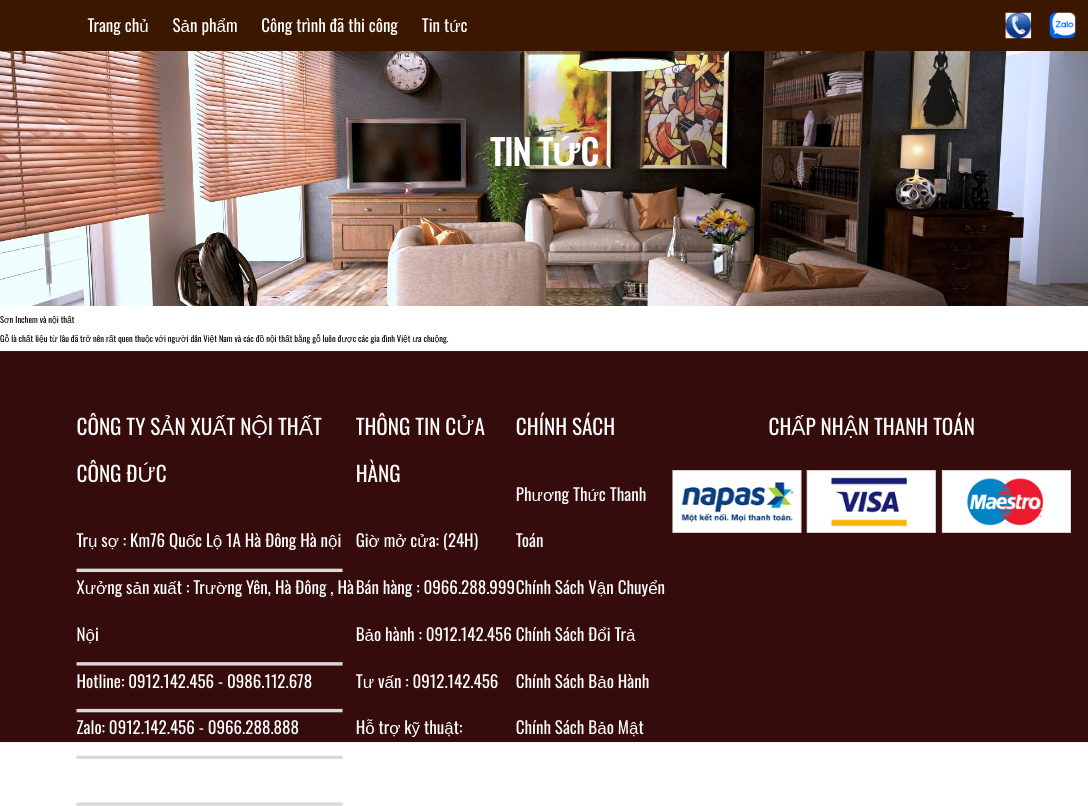
Repository: KHANHD192/FigmaTo-HTML
Page: APP-SHOP/tintuc.html
The author's editor kept a copy of each file at every save. The page is drawn from the files as they stood at one save, then again after the next save.
The browser window is 1280 px wide. The pictures show the whole page, at 85% of full size.

Above is the page before, as saved 2022-11-22 01:28:06.

### APP-SHOP/tintuc.html
<!DOCTYPE html>
<html lang="en">
<head>
    <meta charset="UTF-8">
    <meta http-equiv="X-UA-Compatible" content="IE=edge">
    <meta name="viewport" content="width=device-width, initial-scale=1.0">
    <title>Tin tức</title>
    <link rel="stylesheet" href="https://cdnjs.cloudflare.com/ajax/libs/normalize/8.0.1/normalize.min.css" integrity="sha512-NhSC1YmyruXifcj/KFRWoC561YpHpc5Jtzgvbuzx5VozKpWvQ+4nXhPdFgmx8xqexRcpAglTj9sIBWINXa8x5w==" crossorigin="anonymous" referrerpolicy="no-referrer" />
    <link rel="stylesheet" href="./asset/Css_main/base.css">
    <link rel="stylesheet" href="./asset/Css_main/main.css">
    <link rel="preconnect" href="https://fonts.googleapis.com">
     <link rel="preconnect" href="https://fonts.gstatic.com" crossorigin>
   <style>
     html{
            font-family: 'Oswald', sans-serif;
        }
        .header__background{
       height: 300px;
       position:relative;
         }
         .header__background-heading{
            position:absolute;
            font-size: 40px;
            line-height: 74.1px;
            color: white;
            top:30%;
            left:50%;
            transform: translate(-50%,-50%);
         }
   </style>
    </head>
<body>
    <div class="app">
        <header class="app__header">
            <div class="header__nav-bar">
               <ul class="nav-bar__item">
                   <li>
                       <a href="./index.html" class="nav-bar__item-link">Trang chủ</a>
                   </li>
                   <li>
                       <a href="#" class="nav-bar__item-link">Sản phẩm</a>
                   </li>
                   <li>
                       <a href="./ctdtc.html" class="nav-bar__item-link">Công trình đã thi công</a>
                   </li>
                   <li>
                       <a href="./tintuc.html" class="nav-bar__item-link">Tin tức</a>
                   </li>
               </ul>
               <ul class="nav-bar__icon">
                   <li>
                       <img src="./asset/IMG/image 3.png" alt="" class="logo">
                   </li>
                   <li>
                       <img src="./asset/IMG/image 2.png" alt="" class="logo">
                   </li>
               </ul>
            </div>
            <div class="header__background">
                <h1 class="header__background-heading">TIN TỨC</h1>
                <img src="./asset/IMG/pexels-pixabay-276724.jpg" alt="background">
            </div>
         </header>
         <div class="app__container2">
           <div class="container__wrap">
            <div class="container__content">
                <div class="content__image">

                </div>
                <div class="content__text">
                    <p class="content__text-title">
                        Sơn Inchem và nội thất
                    </p>
                    <p class="content__text-derc">
                        Gỗ là chất liệu từ lâu đã trở nên rất quen thuộc với người dân Việt Nam và các đồ nội thất bằng gỗ luôn được các gia đình Việt ưa chuộng.
                    </p>
                </div>
            </div>
           </div>
         </div>
         <footer class="app__footer">
            <div class="footer__addres">
                <p class="addres__title">CÔNG TY SẢN XUẤT NỘI THẤT CÔNG ĐỨC</p>
                <ul>
                    <li class="address__item" >Trụ sợ : Km76 Quốc Lộ 1A Hà Đông Hà nội</li>
                    <li class="address__item">Xưởng sản xuất : Trường Yên, Hà Đông , Hà Nội</li>
                    <li class="address__item">Hotline: 0912.142.456 - 0986.112.678 </li>
                    <li class="address__item">Zalo: 0912.142.456 - 0966.288.888</li>
                    <li class="address__item">
                        <a href="noithatcongduc.com.vn">Website: noithatcongduc.com.vn</a>
                    </li>
                </ul>
            </div>
            <div class="footer__info">
                <p class="addres__title">THÔNG TIN CỬA HÀNG </p>
                <ul>
                    <li> Giờ mở cửa: (24H)</li>
                    <li>Bán hàng : 0966.288.999</li>
                    <li> Bảo hành : 0912.142.456 </li>
                    <li>Tư vấn : 0912.142.456</li>
                    <li class="info__item">
                        <a href="tel:098.611.2158">Hỗ trợ kỹ thuật: 098.611.2158</a>
                    </li>
                </ul>
            </div>
            <div class="footer__term">
                <p class="addres__title">CHÍNH SÁCH</p>
                <ul>
                    <li>Phương Thức Thanh Toán</li>
                    <li>Chính Sách Vận Chuyển</li>
                    <li>Chính Sách Đổi Trả </li>
                    <li>Chính Sách Bảo Hành</li>
                    <li>
                        Chính Sách Bảo Mật Thông Tin
                    </li>
                </ul>
            </div>
            <div class="footer__payal">
                <p class="addres__title">CHẤP NHẬN THANH TOÁN</p>
                <ul class="payal__item">
                    <li>
                           <img src="./asset/IMG/image 8.png" alt="Phương thức thanh toán">
                    </li>
                </ul>
            </div>
        </footer>
    </div>
</body>
</html>

### APP-SHOP/asset/Css_main/base.css
@import url('https://fonts.googleapis.com/css2?family=Oswald&family=Roboto:wght@100&display=swap');
/* header */
html{
    font-size: 62.5%;
    box-sizing: border-box;
    font-family: 'Oswald', sans-serif;
}
.app{
    max-width: 1800px;
}
.app__header{

}
.header__nav-bar{
      display: flex;
      justify-content: space-between;
      height: 60px;
      background-color: #3C1700;;
}
.nav-bar__item {
    width: 603px;
    height: 30px;
    list-style: none;
    display: flex;
    font-family: 'Oswald', sans-serif;
    font-size: 20px;
    line-height: 29.64px;
    margin-top: 15px;
    margin-bottom: 15px ;
    margin-left: 63px;
}
.nav-bar__item-link{
    text-decoration: none;
    color: #FFFFFF;
    margin-right: 28px;
}
.header__nav-bar:not(:last-child){
    margin-right: 0;
}
.nav-bar__icon{
    list-style: none;
    display: flex;
    margin-top: 15px;
    margin-bottom: 15px ;
    margin-right: 15px;
}
.logo{
    width: 30px;
    height: 30px;
}
.logo:last-child{
    margin-left: 22px;
}
.header__background{
    width:100%;
    height: 420px;
}
.header__background img{
    width: 100%;
    height: 100%;
    object-fit: cover;
}
/* footer */
footer{
    max-width: 1800px;
    height:460px;
    background-color: #350B0C;
    color: #FFFFFF;
}
footer ul{
    list-style: none;
    padding: 0;
    font-size: 20px;
}
.app__footer{
    display:flex;
    justify-content: space-between;
}
.addres__title{
    font-size: 25px;
}
.footer__addres , .footer__info ,.footer__term ,.footer__payal{
    margin-top:35px;
}
.footer__addres{
    max-width: 508px;
    height:375px;
    margin-left:90px;
   line-height: 55px;
}
.address__item{
    position: relative;
}
.address__item::after{
    content: "";
    position: absolute;
    width: 313px;
    height: 4px;
    background-color: #D9D9D9;
    left:0;
    bottom: -10px;
}
.address__item a ,.info__item a {
    text-decoration: none;
    color:#FFFFFF;
}
 .footer__info{
    max-width: 412px;
    height: 356px;
    line-height: 55px;
 }
 .footer__term{
    max-width: 260px;
    height: 356px;
    line-height: 55px;
 }
 .footer__payal{
    line-height: 55px;
    margin-right: 20px;
 }
.footer__payal p {
    text-align: center;
}

### APP-SHOP/asset/Css_main/main.css
.app__container{
 max-width: 1800px;
    height: 3835px;
}
.collect1 h2{
    width: 285px;
    height: 42px;
    font-family: 'Oswald', sans-serif;
    font-weight: 400;
    font-size: 30px;
    line-height: 44.46px;
    color: #000000;
    position: relative;
    margin-top: 61px;
    margin-bottom: 61px;
    margin-left: 72px;
}
.collect1 h2::after{
    content: "";
    position: absolute;
    width: 1365px;
    height: 4px;
    background-color: #D9D9D9;
    left:0;
    bottom: -10px;

}
.collect1 .list__item{
    list-style: none;
    display: flex;
    margin-left:77px;
    margin-right: 88px;
    padding-left: 0;
}
.list__item li {
   max-width: 350px;
    height: 450px;
    border:  1px solid #332F2F;
    margin-right: 74px;
}
.list__item li:last-child{
    margin-right: 0;
}
li .wrap__image{
   max-width: 350px;
    height: 350px;
}
.item__image-link{
    display: block;
    max-width:100%;
    height: 63px;
    font-size: 20px;
    font-weight: 400;
    line-height: 44.46px;
   text-align: center;
   padding-top: 1.5rem;
    color: #000000;
}
li .wrap__image img{
    width: 100%;
    height: 100%;
    object-fit: cover;
}

.project__tiltle p {
    text-align: center;
    margin-top:91px;
    font-size: 50px;
    line-height: 74.1px;
    margin-bottom: 50px;
}
.list__project{
    display:flex;
    list-style: none;
    margin-left:131px;
    margin-right:131px;
    padding-left: 0;
    justify-content: space-between;
}
.list__project-item{
    max-width: 700px;
    height: 560px;
    border:  1px solid #332F2F;
}
.enfold__image{
    max-width: 700px;
    height: 400px;
}
.enfold__image img {
    width: 100%;
    height: 100%;
}
.item__project-link{
    display: block;
    max-width:100%;
    height: 63px;
    font-size: 30px;
    font-weight: 400;
    line-height: 44.46px;
   text-align: center;
   padding-top: 5rem;
    color:#6C271E;
}
.list__project-item:first-child{
    margin-right: 148px;
}
.collect1 p {
    text-align: center;
    margin-top:91px;
    font-size: 50px;
    line-height: 74.1px;
    margin-bottom: 50px;
}
.detail2{
    margin-top: 80px;
}

After the next save:
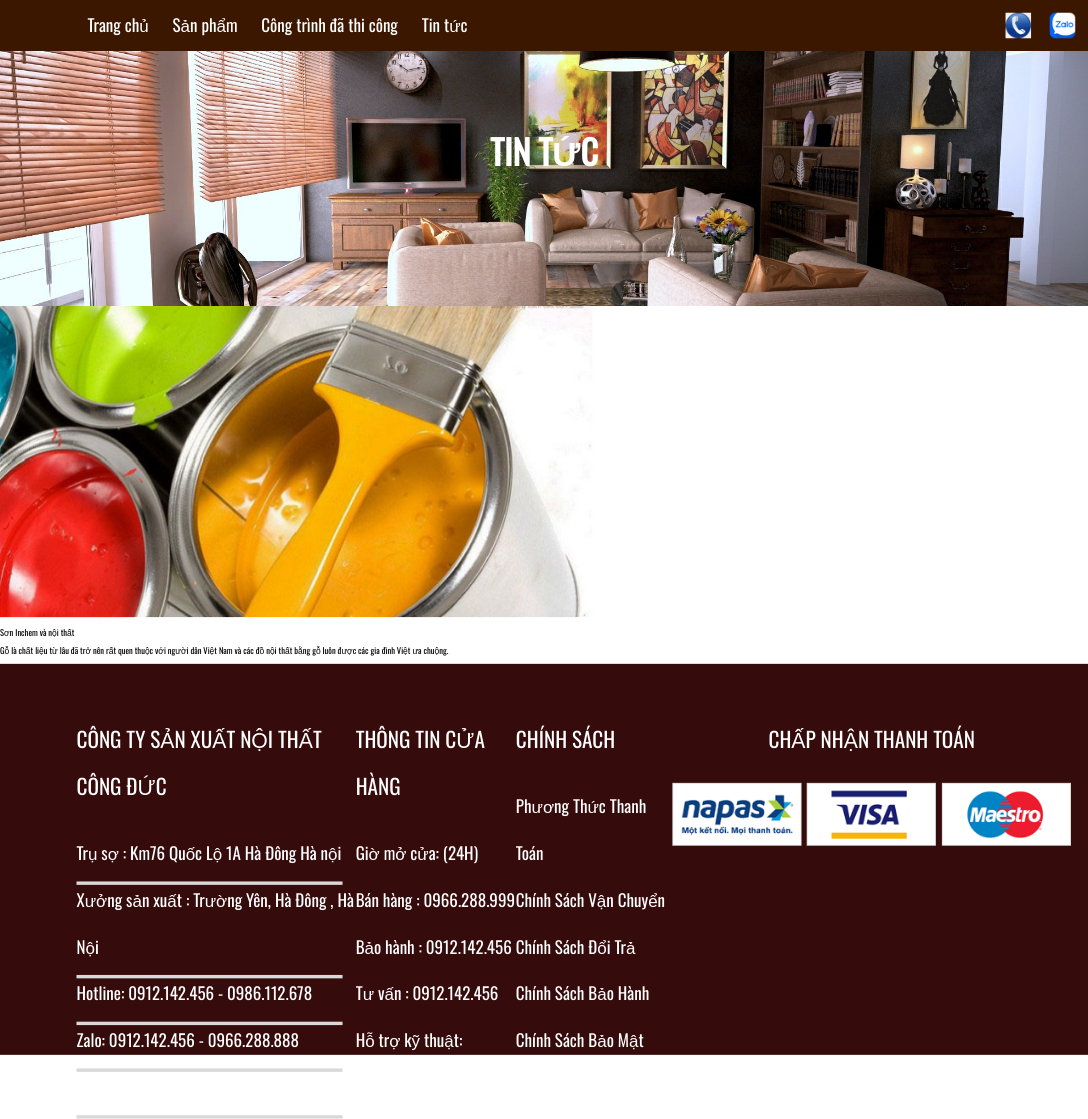
Saved 3 min 27 s later.
--- a/APP-SHOP/tintuc.html
+++ b/APP-SHOP/tintuc.html
@@ -27,6 +27,7 @@
             left:50%;
             transform: translate(-50%,-50%);
          }
+
    </style>
     </head>
 <body>
@@ -65,7 +66,9 @@
            <div class="container__wrap">
             <div class="container__content">
                 <div class="content__image">
-
+                    <a href="./item1.html">
+                        <img src="./asset/IMG/image 9.png" alt="avatar">
+                    </a>
                 </div>
                 <div class="content__text">
                     <p class="content__text-title">
